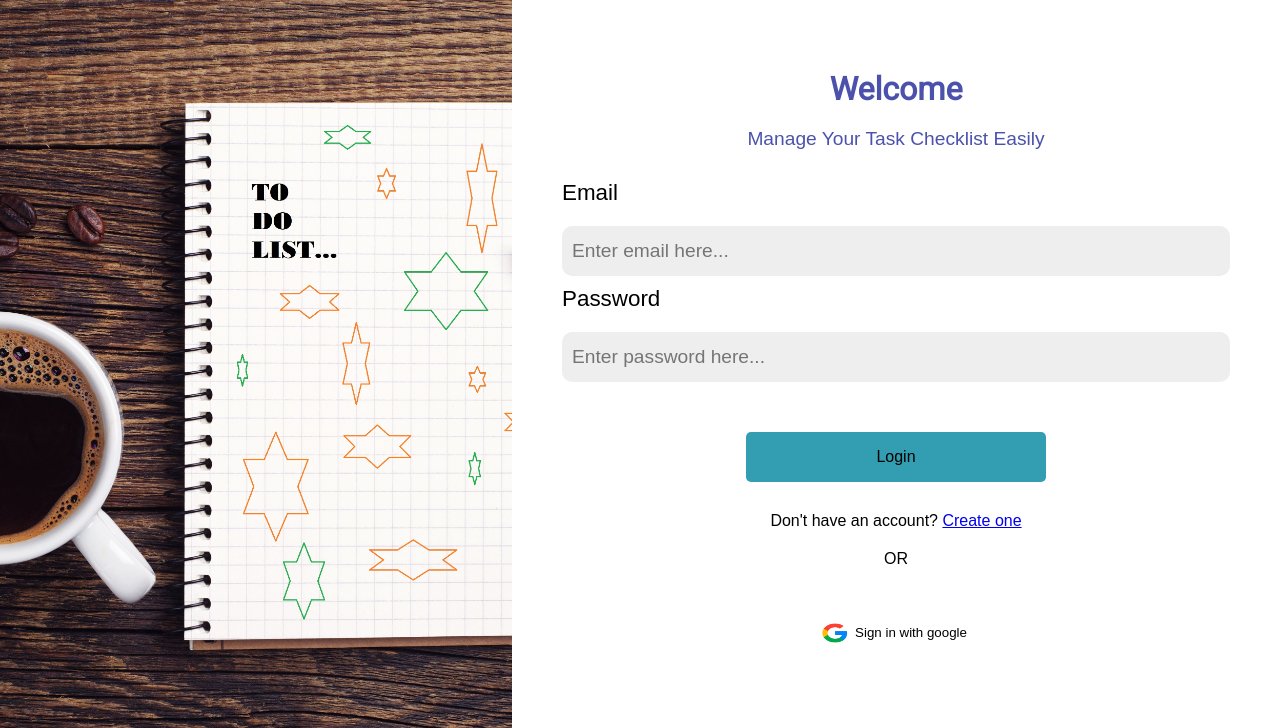
Repository: tebo27cMd/todo_App
Page: /
The author's editor kept a copy of each file at every save. The page is drawn from the files as they stood at one save, then again after the next save.
The browser window is 1280 px wide. The pictures show the whole page.
The project was rebuilt for these pictures with package versions that can differ from the ones it lists, and the page was loaded fresh each time. Also part of the build but not shown: src/Pages/SignInPage.jsx, src/Pages/HomePage.jsx.

Above is the page before, as saved 2022-08-23 09:48:52.

After the next save:
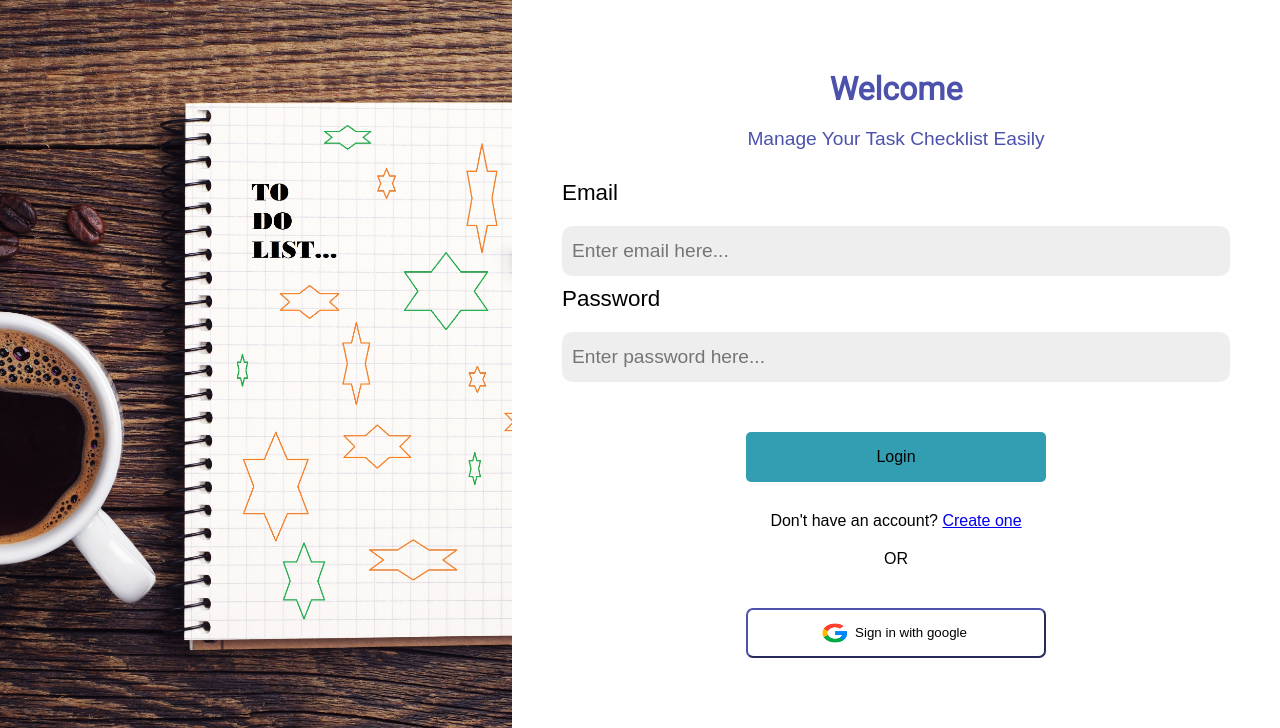
Saved 16 s later.
--- a/src/Pages/LoginPage.css
+++ b/src/Pages/LoginPage.css
@@ -109,7 +109,7 @@ Link{
     margin: 20px;
     padding-right: 20px;
     border-radius: 5px;
-    border: none;
+
     cursor: pointer;
     background-color: white;
     border-radius: 7px;
